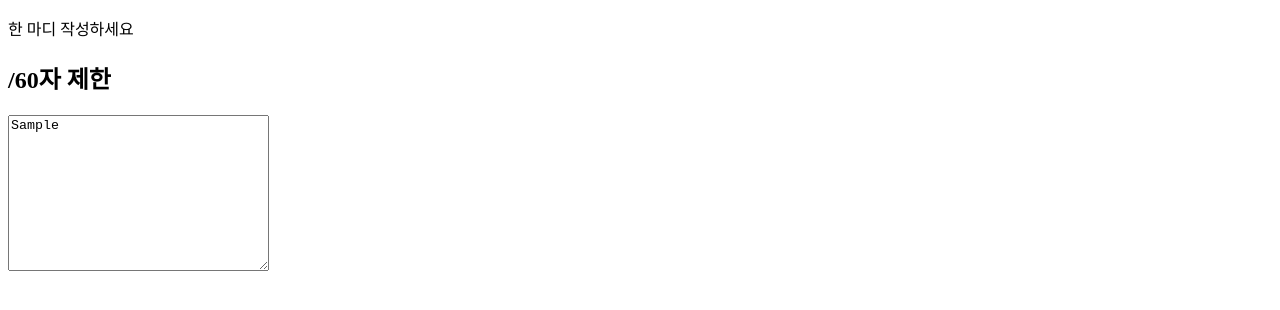
Repository: Shinhan1/shinhan
Page: http://localhost/web_goott/w20200324/jQueryEx08.jsp
An editor plug-in stored every save of this project. The page is shown before and after the next save, followed by the edit.
The browser window is 1280 px wide. The pictures show the whole page.
Empty fields were first filled with sample values (such as "Sample", 5 or name@example.com).
After loading, the first visible `textarea` was changed once.
The page is served by Tomcat 9.

Above is the page before, as saved 2020-03-24 01:47:59.

### web_goott/WebContent/w20200324/jQueryEx08.jsp
<%@ page language="java" contentType="text/html; charset=UTF-8"
    pageEncoding="UTF-8"%>
<!DOCTYPE html>
<html>
<head>
<meta charset="UTF-8">
<title>jQueryEx08.jsp</title>
<script src="https://ajax.googleapis.com/ajax/libs/jquery/3.4.1/jquery.min.js"></script>
<script type="text/javascript">
	$(function(){
		$('textarea').keyup(function(){
			// 사용자가 입력한 글의 글자수 구하기
			var input = $(this).val().length;

			console.log(input);


		});
	});
</script>
</head>
<body>
	<div>
		<p>한 마디 작성하세요</p>
		<h2>/60자 제한</h2>
		<textarea name="" id="" cols="30" rows="10"></textarea>
	</div>

</body>
</html>

After the next save:
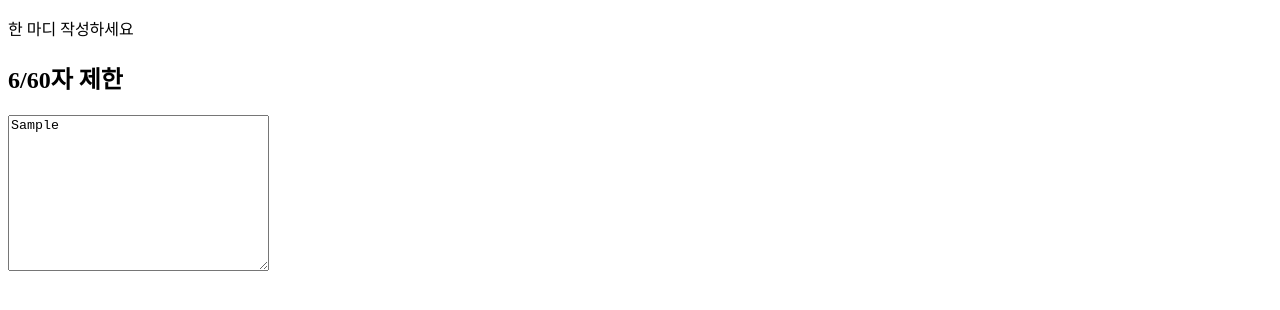
Saved 6 min 42 s later.
--- a/web_goott/WebContent/w20200324/jQueryEx08.jsp
+++ b/web_goott/WebContent/w20200324/jQueryEx08.jsp
@@ -12,7 +12,14 @@
 			// 사용자가 입력한 글의 글자수 구하기
 			var input = $(this).val().length;
 
-			console.log(input);
+			//console.log(input);
+
+			//var cnt = 60 - input;
+
+			//console.log(cnt);
+
+			$('span').html(input);
+
 
 
 		});
@@ -22,7 +29,7 @@
 <body>
 	<div>
 		<p>한 마디 작성하세요</p>
-		<h2>/60자 제한</h2>
+		<h2><span></span>/60자 제한</h2>
 		<textarea name="" id="" cols="30" rows="10"></textarea>
 	</div>
 
